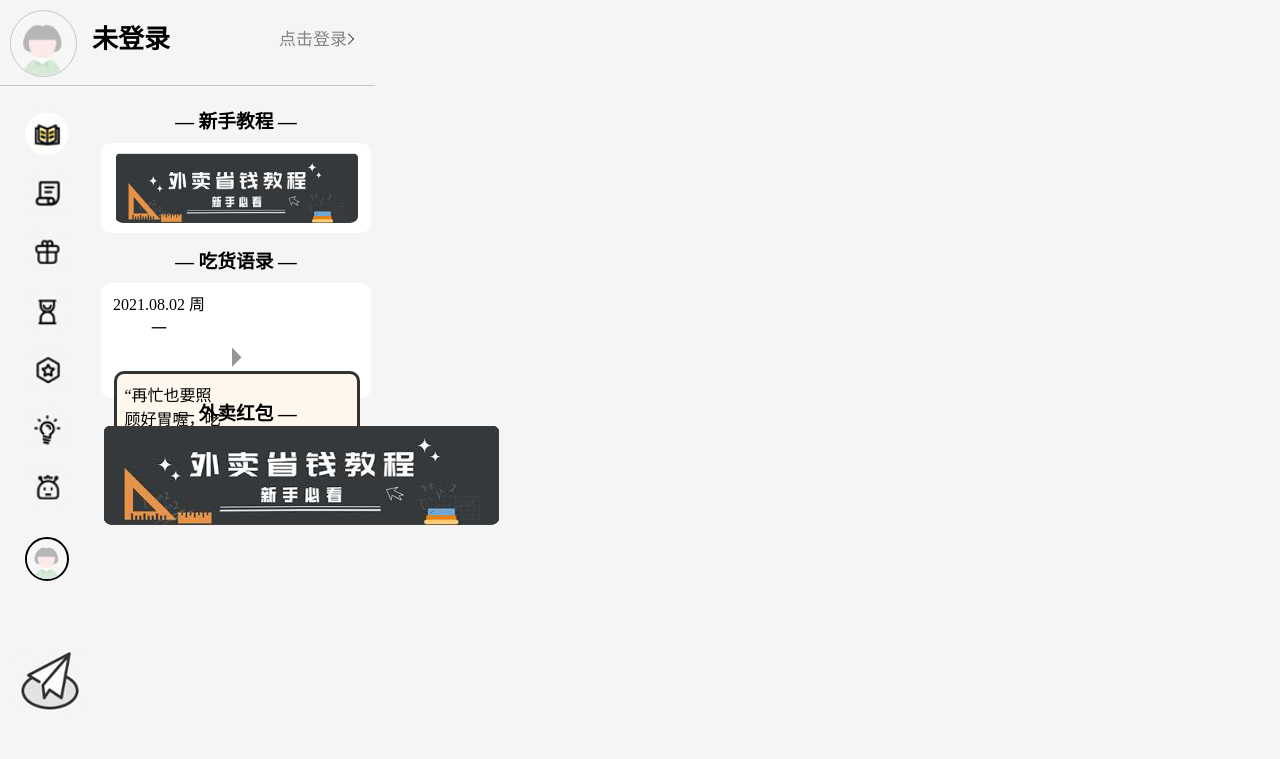
Repository: Privatexiao/projects
Page: Takeout assistant/index.html
These files come from the project's save history. The page is drawn as it stood at one moment and after the next save; the edit follows.
The browser window is 1280 px wide. The pictures show the whole page.

Above is the page before, as saved 2021-08-02 17:33:10.

After the next save:
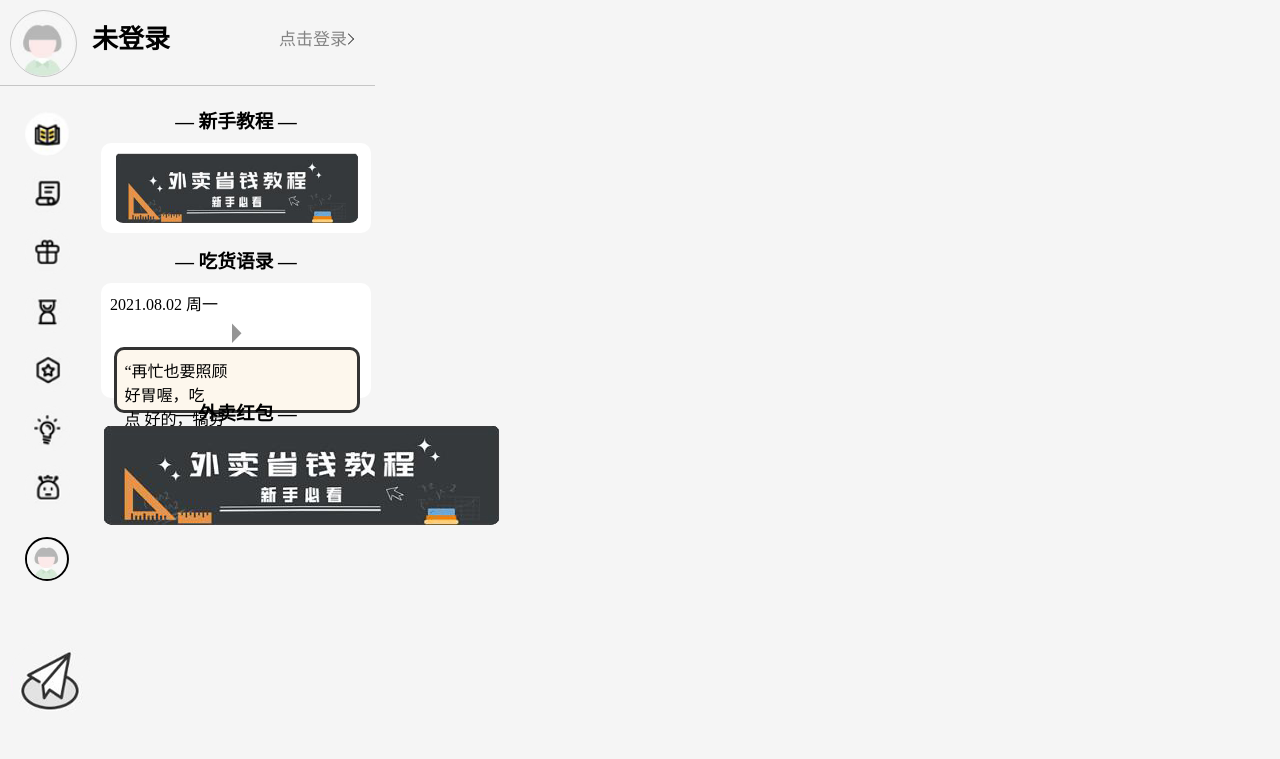
Saved 5 s later.
--- a/Takeout assistant/css/index.css
+++ b/Takeout assistant/css/index.css
@@ -117,7 +117,7 @@ ul,ol{
 }
 /* 时间调整 */
 .VersionQuotation p{
-    width: 100px;
+    width: 110px;
     text-align: center;
     padding: 8px;
 }
